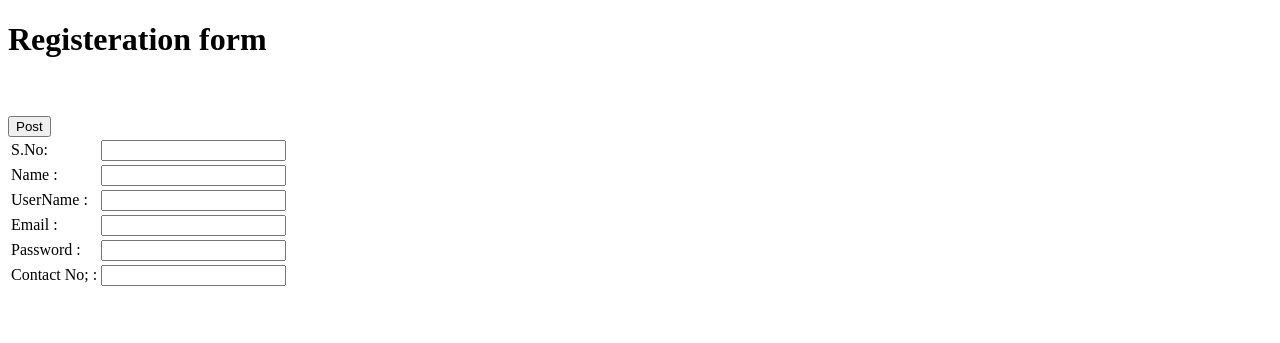
Repository: Vkrishna9135/JSP-2ND-TIME
Page: SERVLETS_FOLDER/Register_Loginvalidation/src/main/webapp/Registeration.html
These files come from the project's save history. The page is drawn as it stood at one moment and after the next save; the edit follows.
The browser window is 1280 px wide. The pictures show the whole page.

Above is the page before, as saved 2023-04-11 17:39:02.

After the next save:
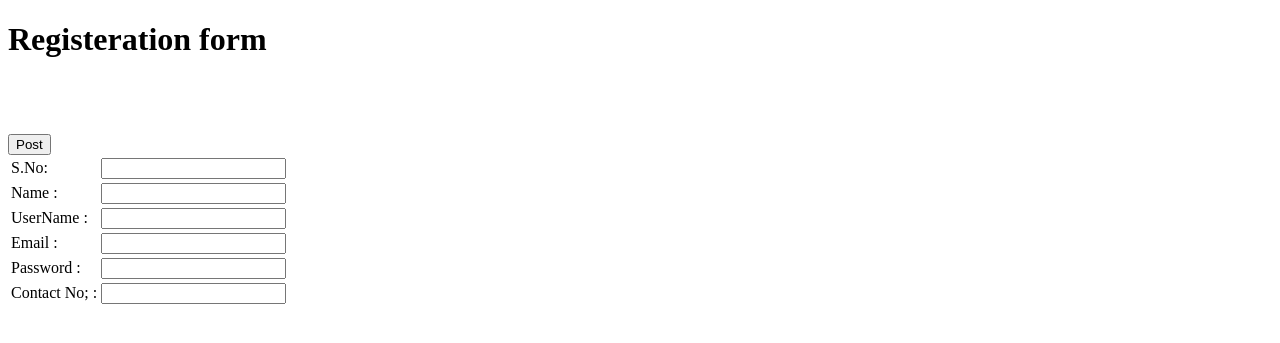
Saved 46 s later.
--- a/SERVLETS_FOLDER/Register_Loginvalidation/src/main/webapp/Registeration.html
+++ b/SERVLETS_FOLDER/Register_Loginvalidation/src/main/webapp/Registeration.html
@@ -35,7 +35,7 @@
                <tr>
                 <td><label for="">Contact No; :</label></td>
                 <td><input type="number" name="cn"></td>
-               </tr>
+               </tr><br>
 
                <tr><input type="submit" value="Post"></tr>
 
